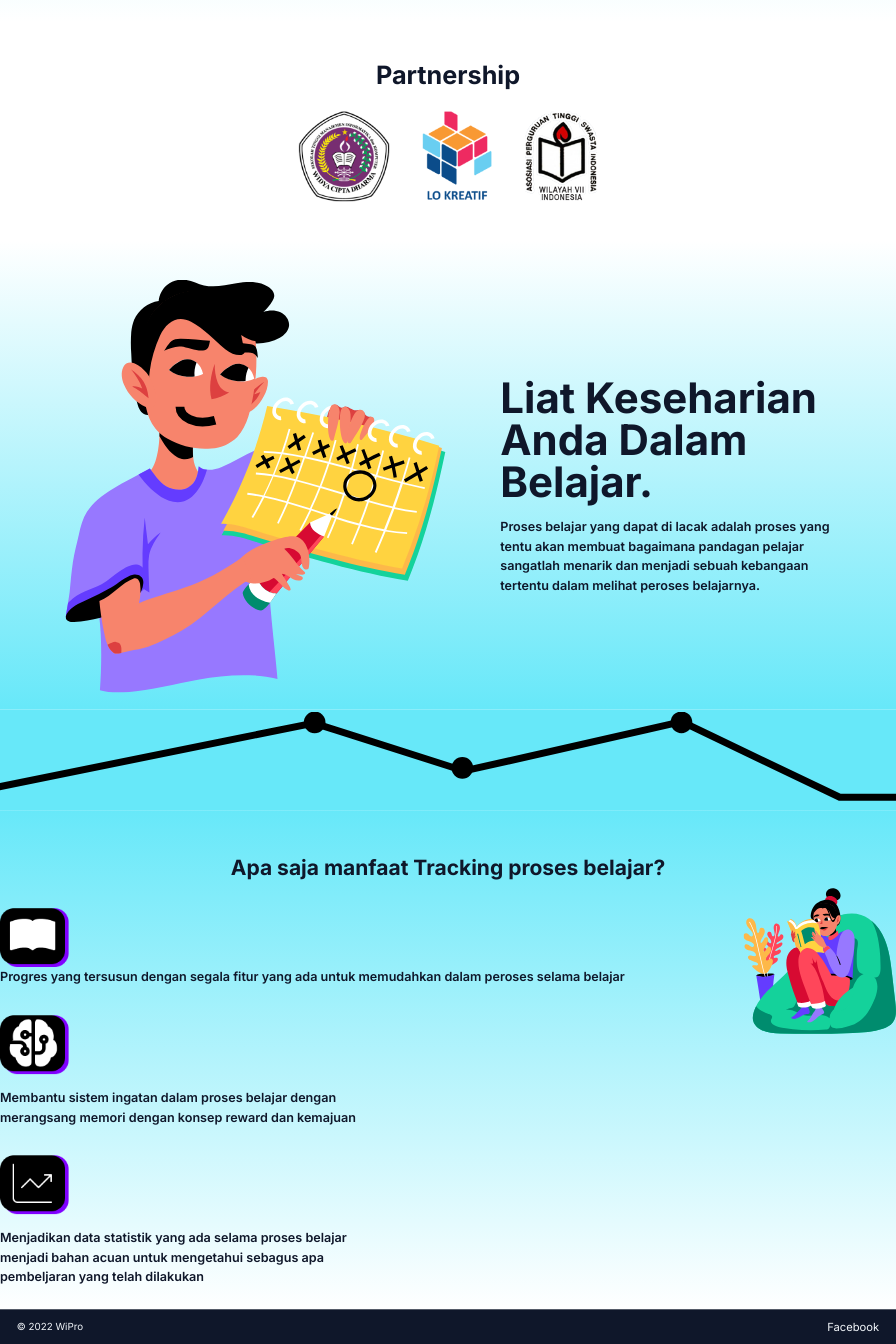
Repository: Fabian21-dum/amba-ajar
Page: / (app in frontend/)
An editor plug-in stored every save of this project. The page is shown before and after the next save, followed by the edit.
The browser window is 1280 px wide. The pictures show the part of the page from y = 769 to 2689 px (the page is 2689 px tall), at 70% of full size.
The project was rebuilt for these pictures with package versions that can differ from the ones it lists, and the page was loaded fresh each time. Also part of the build but not shown: frontend/vite.config.js, frontend/src/components/Input.jsx, frontend/src/pages/LoginPage.jsx, frontend/src/pages/NotFoundPage.jsx, frontend/src/pages/RegisterPage.jsx, frontend/src/contexts/GlobalContext.jsx, frontend/src/components/ChartBar.jsx, frontend/src/components/Jam.jsx and 18 more. Imported but missing from the stored project, and not drawn on this page: frontend/src/assets/Sound/alarm.wav.

Above is the page before, as saved 2022-11-15 01:00:42.

### frontend/index.html
<!DOCTYPE html>
<html lang="en">
  <head>
    <meta charset="UTF-8" />
    <link rel="icon" type="image/svg+xml" href="/vite.svg" />
    <meta name="viewport" content="width=device-width, initial-scale=1.0" />
    <link rel="preconnect" href="https://fonts.googleapis.com" />
    <link rel="preconnect" href="https://fonts.gstatic.com" crossorigin />
    <link href="https://fonts.googleapis.com/css2?family=Inter:wght@400;600;700;800&display=swap" rel="stylesheet" />
    <title>AmbaAjar</title>
  </head>
  <body>
    <div id="root"></div>
    <script type="module" src="/src/main.jsx"></script>
  </body>
</html>

### frontend/src/main.jsx
import React from 'react';
import { createRoot } from 'react-dom/client';
import App from './App';
import './styles/index.css';

createRoot(document.getElementById('root')).render(
  <React.StrictMode>
    <App />
  </React.StrictMode>
);

### frontend/src/App.jsx
import React from 'react';
import { BrowserRouter, Route, Routes } from 'react-router-dom';
import { HomePage, NotFoundPage, LoginPage, RegisterPage, DashboardPage, DashTodo, AddTodo, EditTodo, DashJad, AddJad, EditJad } from './pages/index';
import DashboardLayout from './layouts/DashboardLayout';


function App() {
  return (
    <BrowserRouter>
      <Routes>
        <Route path='/' element={<HomePage />} />
        {/* <Route path='/dashboard' element={<DashboardPage />}> */}
        {/* <Route path='/profile' element-{<DashboardProfilePage/>} /> */}
        {/* </Route> */}
        <Route path='/login' element={<LoginPage />} />
        <Route path='/register' element={<RegisterPage />} />

        {/* <Route path="/register" element={<RegisterPage />} /> */}
        <Route path='/dashboard' element={<DashboardLayout />}>
          <Route path='/dashboard' element={<DashboardPage />} />
          <Route path='Settings' element={<h1>hallo ini Settings</h1>} />
          <Route path='Create' element={<h1>hallo ini Create</h1>} />
          <Route path='Todo' element={<DashTodo />} />
          <Route path='AddTodo' element={<AddTodo />} />
          <Route path='EditTodo' element={<EditTodo />} />
          <Route path='DashJad' element={<DashJad />} />
          <Route path='AddJad' element={<AddJad />} />
          <Route path='EditJad' element={<EditJad />} />


        </Route>
        <Route path='*' element={<NotFoundPage />} />
      </Routes>
    </BrowserRouter>
  );
}

export default App;

### frontend/src/pages/index.jsx
import LoginPage from './LoginPage';
import HomePage from './HomePage';
import NotFoundPage from './NotFoundPage';
import RegisterPage from './RegisterPage';
import DashboardPage from './Dashboard-Page/DashboardPage';
import DashTodo from './DashTodo';
import AddTodo from './AddTodo';
import EditTodo from './EditTodo';
import DashJad from './jadwal/DashJad';
import AddJad from './jadwal/AddJad';
import EditJad from './jadwal/EditJad';
export { LoginPage, HomePage, NotFoundPage, DashboardPage, RegisterPage, DashTodo, AddTodo, EditTodo, DashJad, AddJad, EditJad };

### frontend/src/pages/HomePage.jsx
import React from 'react';
import HomeLayout from '../layouts/HomeLayout';
import HeroImage from '../assets/image/Hero.svg';
import { Link } from 'react-router-dom';
import Button from '../components/Button';
import LogoSTMIKWICIDA from '../assets/image/Logo_STMIK_WICIDA.png';
import LogoLOKreatif from '../assets/image/Logo_LO_KREATIF.png';
import LogoAptisi from '../assets/image/Logo_APTISI.png';
import VectorImage1 from '../assets/image/Vector1.svg';
import VectorImage2 from '../assets/image/Vector2.svg';
import HomeBook  from '../assets/icons/Group 3.png';
import Brain  from '../assets/icons/Group 4.png';
import Chart  from '../assets/icons/Group 5.png';



export default function HomePage() {
  return (
    <HomeLayout>
      <header className='h-[900px] bg-gradient-to-b from-cyan-300 px-4 pt-16 sm:h-[800px]'>
        <div className='container  flex flex-col-reverse lg:flex-row lg:items-center lg:justify-between'>
          <div className='w-full md:max-w-md lg:w-1/2'>
            <h2 className='py-5 text-5xl font-bold lg:text-6xl'>Tracking Belajar mu! Bersama Kami</h2>
            <p className='pb-5 font-semibold md:text-lg'>
              Belajar mudah dengan adanya fitur - fitur yang dapat membantu-mu memahami bagaimana progress belajar mu
              selama ini
            </p>
            <Link to='/login'>
              <Button>Get Started</Button>
            </Link>
          </div>
          <div className='pt-10 xl:w-1/2'>
            <img className='w-35 mx-auto w-64 lg:h-[564px] lg:w-auto' src={HeroImage} alt='hero-img' />
          </div>
        </div>
      </header>
      {/* partnership section */}
      <section className=' my-14'>
        <h1 className='my-8 text-center text-4xl font-bold'>Partnership</h1>
        <div className='flex justify-center gap-x-10 lg:gap-x-12'>
          <img className='h-[68px] sm:h-24 lg:h-32' src={LogoSTMIKWICIDA} alt='Logo STMIK WICIDA' />
          <img className='h-[68px] sm:h-24 lg:h-32' src={LogoLOKreatif} alt='Logo STMIK WICIDA' />
          <img className='h-[68px] sm:h-24 lg:h-32' src={LogoAptisi} alt='Logo STMIK WICIDA' />
        </div>
      </section>
      <section className='bg bg-gradient-to-t from-cyan-300 px-4 pt-14 pb-6'>
        <div className='container flex flex-col items-center justify-evenly lg:flex-row'>
          <div className='w-full lg:w-1/2'>
            <img className='mx-auto w-96 lg:w-auto' src={VectorImage1} alt='vector-1' />
          </div>
          <div className='py-5 lg:w-1/2 lg:max-w-lg'>
            <h2 className='pb-5 text-4xl font-bold md:text-5xl lg:text-6xl'>Liat Keseharian Anda Dalam Belajar.</h2>
            <p className='font-semibold md:text-lg'>
              Proses belajar yang dapat di lacak adalah proses yang tentu akan membuat bagaimana pandagan pelajar
              sangatlah menarik dan menjadi sebuah kebangaan tertentu dalam melihat peroses belajarnya.
            </p>
          </div>
        </div>
      </section>
      <section className='h-36 bg-cyan-300 bg-zigzag bg-center bg-repeat-x py-4'></section>
      <section className='bg-gradient-to-b from-cyan-300 py-8'>
        <div className='container'>
          <h1 className='pt-8 text-center text-3xl font-bold'>Apa saja manfaat Tracking proses belajar? </h1>
          <div className='container flex'>
          <div className='w-screen'>
            <div className='mt-10'>
            <img className='lg:w-auto'  src={HomeBook} alt='home' />
            <h2 className='font-semibold md:text-lg'>
            Progres yang tersusun dengan segala fitur yang ada untuk memudahkan dalam peroses selama belajar            </h2>
          </div>
          <div className='mt-5 lg:max-w-lg'>

          </div>
            <div className='mt-10'>
            <img className='lg:w-auto'  src={Brain} alt='home' />
          </div>
          <div className='mt-5 lg:max-w-lg'>
            <h2 className='font-semibold md:text-lg'>
            Membantu sistem ingatan dalam proses belajar dengan merangsang memori dengan konsep reward dan kemajuan            </h2>
          </div>
          <div className='mt-10'>
            <img className='lg:w-auto'  src={Chart} alt='home' />
          </div>
          <div className='mt-5 lg:max-w-lg'>
            <h2 className='font-semibold md:text-lg'>
            Menjadikan data statistik yang ada selama proses belajar menjadi bahan acuan untuk mengetahui sebagus apa pembeljaran yang telah dilakukan            </h2>
          </div>
            </div>
          <div className='align-center flex'>
            <div className='w-2/3'></div>
            <div className='w-5/3'>
              <img src={VectorImage2} alt='' />
              </div>
            </div>
          </div>
          </div>
      </section>
    </HomeLayout>
  );
}

### frontend/src/layouts/RootLayout.jsx
import React from 'react';
import PropTypes from 'prop-types';
import { AuthProvider } from '../contexts/AuthContext';

export default function RootLayout({ children }) {
  return (
    <div className='app'>
      <AuthProvider>
        <main className='font-sans leading-relaxed text-slate-900'>{children}</main>
      </AuthProvider>
    </div>
  );
}

RootLayout.propTypes = {
  children: PropTypes.node.isRequired,
};

### frontend/src/layouts/HomeLayout.jsx
import React from 'react';
import PropTypes from 'prop-types';
import RootLayout from './RootLayout';
import Navbar from '../components/Navbar';
import Footer from '../components/Footer';

export default function HomeLayout({ children }) {
  return (
    <RootLayout>
      <Navbar />
      {children}
      <Footer />
    </RootLayout>
  );
}

HomeLayout.propTypes = {
  children: PropTypes.node.isRequired,
};

### frontend/src/components/Button.jsx
import React from 'react';
import PropTypes from 'prop-types';

export default function Button({ children }) {
  return (
    <button
      className='relative z-10 rounded-xl bg-slate-900 px-7 py-4
      text-lg font-semibold text-slate-100 shadow-button hover:shadow-button-hover'
    >
      {children}
    </button>
  );
}

Button.propTypes = {
  children: PropTypes.node.isRequired,
};

### frontend/src/contexts/AuthContext.jsx
import React, { createContext, useState } from 'react';
import PropTypes from 'prop-types';

const AuthContext = createContext();

const AuthProvider = ({ children }) => {
  const [user, setUser] = useState(null);

  const login = (data) => {
    setUser(data);
  };

  const logout = () => {
    setUser(null);
  };

  return <AuthContext.Provider value={{ user, login, logout }}>{children}</AuthContext.Provider>;
};

AuthProvider.propTypes = {
  children: PropTypes.node.isRequired,
};

export { AuthContext, AuthProvider };

### frontend/src/components/Footer.jsx
import React from 'react';

export default function Footer() {
  return (
    <footer className='bg-slate-900 text-slate-100'>
      <div className='container mx-auto px-6 py-3'>
        <div className='flex flex-wrap items-center justify-between'>
          <div className='w-full text-center md:w-1/4 md:text-left'>
            <p className='text-sm text-slate-100'>
              © 2022{' '}
              <a href='#' className='text-slate-100 hover:text-slate-200'>
                WiPro
              </a>
            </p>
          </div>
          <div className='w-full text-center md:w-1/4 md:text-right'>
            <a href='#' className='text-slate-100 hover:text-slate-200'>
              Facebook
            </a>
          </div>
        </div>
      </div>
    </footer>
  );
}

### frontend/src/components/Navbar.jsx
import React from 'react';
import { Link } from 'react-router-dom';

// eslint-disable-next-line no-unused-vars, react/prop-types
export default function Navbar() {
  return (
    <nav className='container absolute right-0 top-0 left-0 flex justify-between px-4 py-8'>
      <div>
        <Link className='text-2xl font-bold' to='/'>
          LOGOS
        </Link>
      </div>
      <div className='space-x-5'>
        <Link className='font-bold' to='/register'>
          Register
        </Link>
        <Link
          className='rounded-full border-2 border-slate-900 px-7 py-3 font-semibold
               text-slate-900 hover:bg-slate-900 hover:text-slate-50'
          to='/login'
        >
          Log In
        </Link>
      </div>
    </nav>
  );
}

### frontend/tailwind.config.cjs
/** @type {import('tailwindcss').Config} */
module.exports = {
  content: ['src/**/*.{js,jsx}'],
  theme: {
    extend: {
      container: {
        center: true,
      },
      backgroundImage: {
        zigzag: "url('/src/assets/image/zigzag.svg')",
      },
      boxShadow: {
        button: '6px 6px 0 0px #7c3aed',
        'button-hover': '4px 4px 0 0px #7c3aed',
      },
      fontFamily: {
        sans: ['Inter', 'sans-serif'],
      },
    },
  },
  plugins: [],
};

Loaded but not shown: frontend/src/styles/index.css (common file); frontend/src/pages/DashTodo.jsx (191 lines, source omitted)

After the next save:
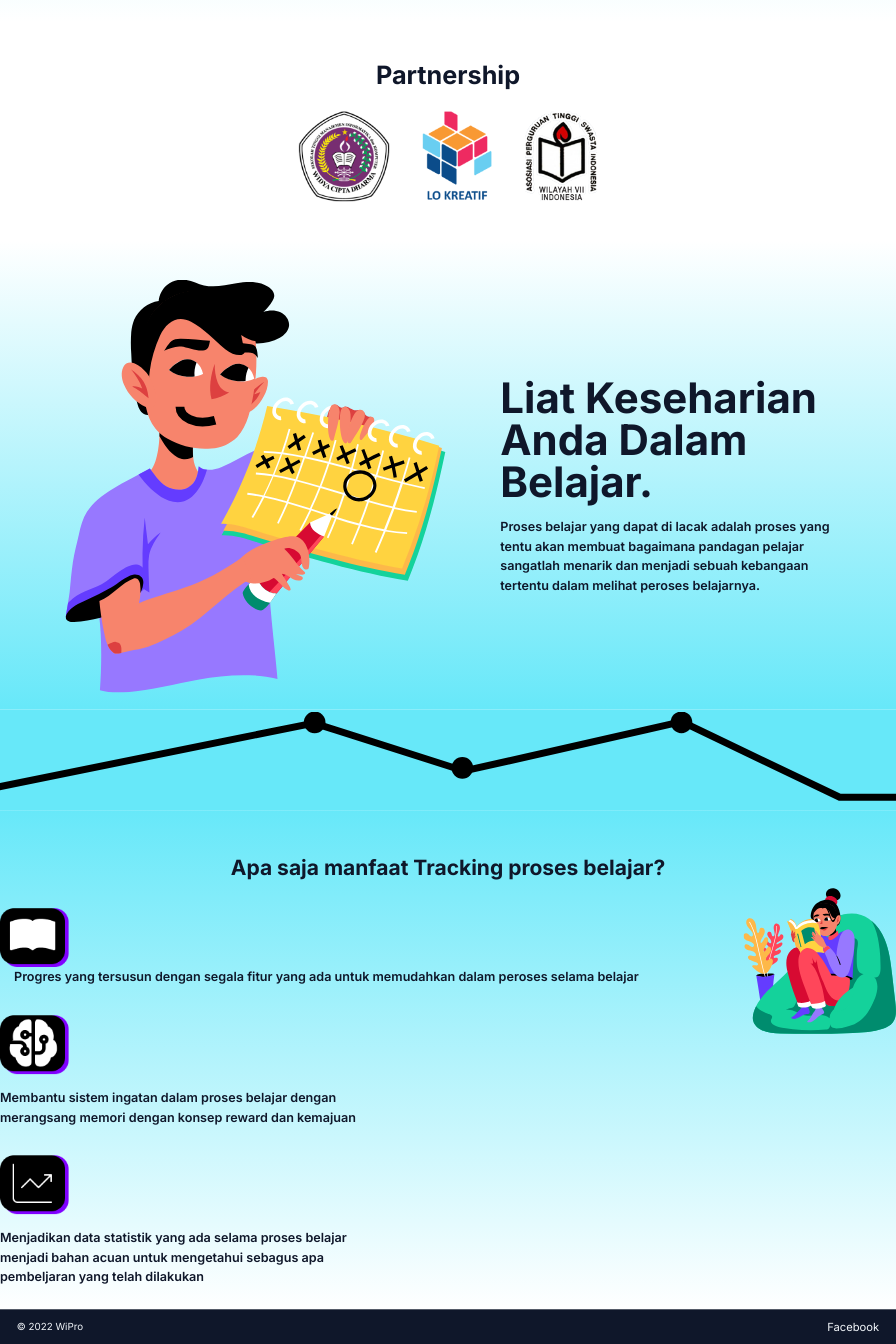
Saved 33 s later.
--- a/frontend/src/pages/HomePage.jsx
+++ b/frontend/src/pages/HomePage.jsx
@@ -65,11 +65,8 @@
           <div className='w-screen'>
             <div className='mt-10'>
             <img className='lg:w-auto'  src={HomeBook} alt='home' />
-            <h2 className='font-semibold md:text-lg'>
+            <h2 className='ml-5 font-semibold md:text-lg'>
             Progres yang tersusun dengan segala fitur yang ada untuk memudahkan dalam peroses selama belajar            </h2>
-          </div>
-          <div className='mt-5 lg:max-w-lg'>
-
           </div>
             <div className='mt-10'>
             <img className='lg:w-auto'  src={Brain} alt='home' />
